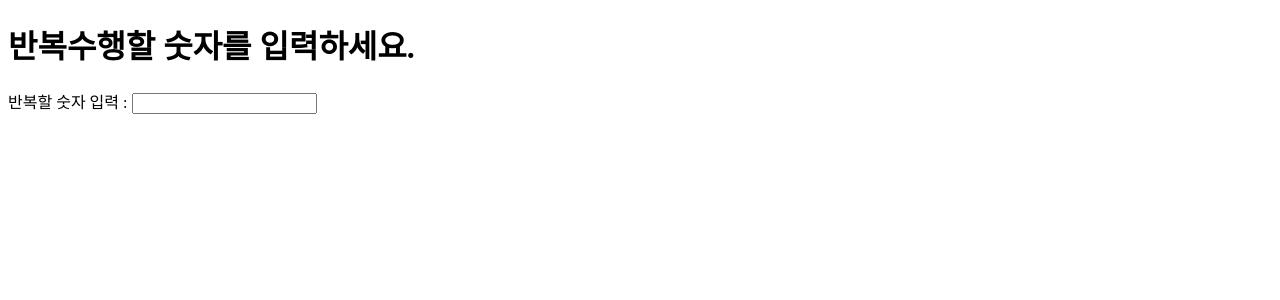
Repository: BangHoJung/jsp
Page: http://localhost/Step02/1229/quest_p205.jsp
An editor plug-in stored every save of this project. The page is shown before and after the next save, followed by the edit.
The browser window is 1280 px wide. The pictures show the whole page.
The page is served by Tomcat 9.

Above is the page before, as saved 2020-12-29 03:22:44.

After the next save:
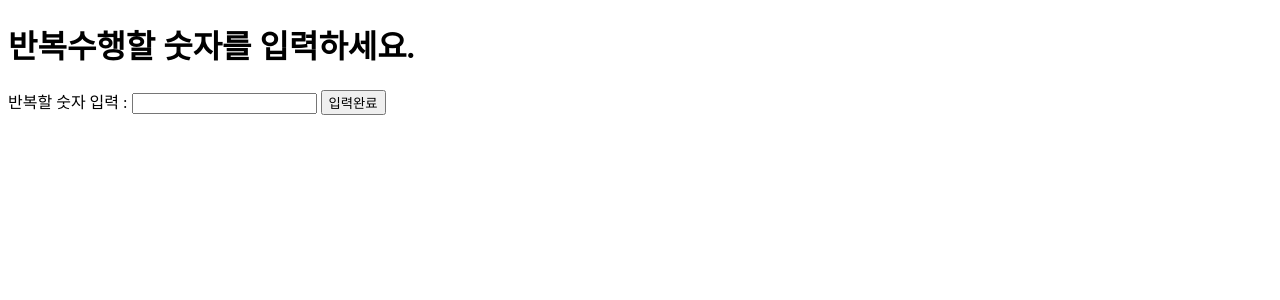
Saved 7 s later.
--- a/Step02/WebContent/1229/quest_p205.jsp
+++ b/Step02/WebContent/1229/quest_p205.jsp
@@ -10,6 +10,7 @@
 	<h1>반복수행할 숫자를 입력하세요.</h1>
 	<form action="quest_p205_process.jsp" method="get">
 		반복할 숫자 입력 : <input type="text" name="num">
+		<button>입력완료</button>
 	</form>
 </body>
 </html>
